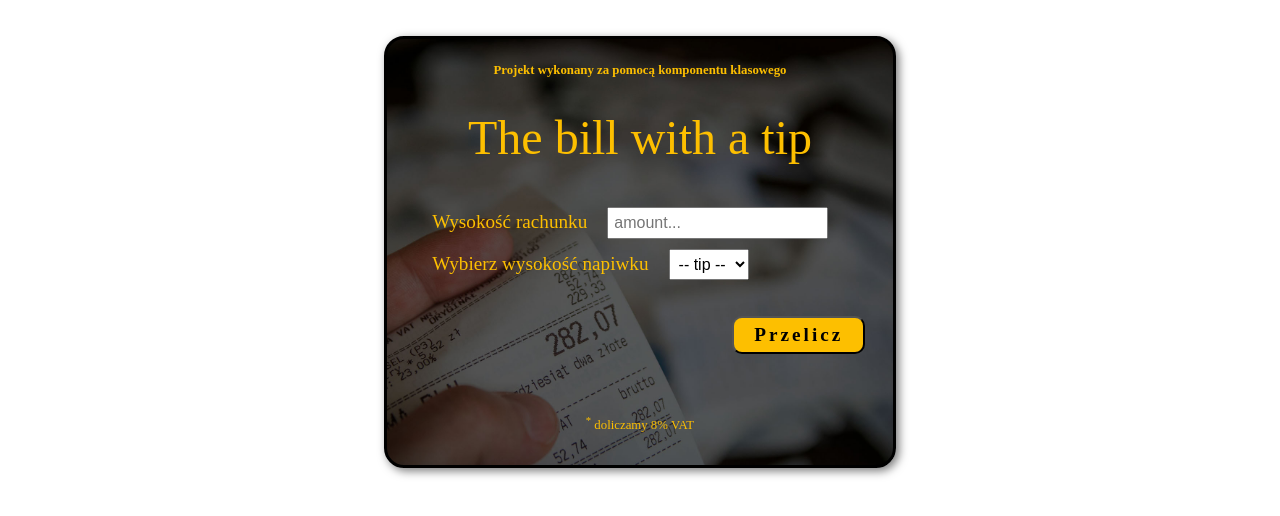
Repository: KrzysKolo/sr_tydzien4_zad1
Page: /
An editor plug-in stored every save of this project. The page is shown before and after the next save, followed by the edit.
The browser window is 1280 px wide. The pictures show the whole page.
Some web fonts or font styles are not loaded; a fallback is used. The project was rebuilt for these pictures with package versions that can differ from the ones it lists, and the page was loaded fresh each time. Also part of the build but not shown: src/components/ParagrapfCard.js.

Above is the page before, as saved 2020-11-06 15:03:33.

After the next save:
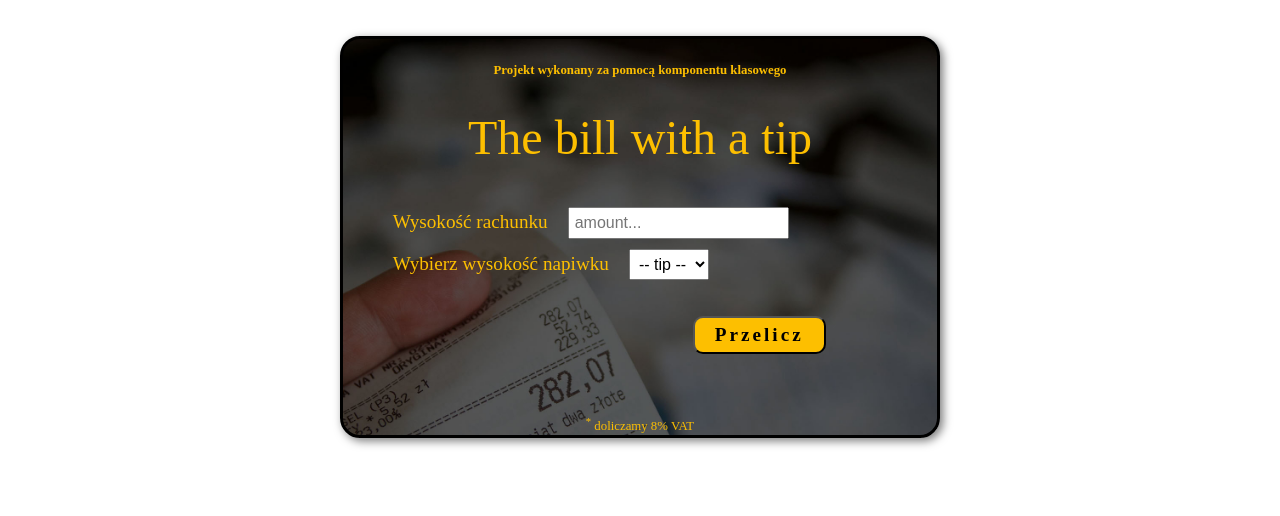
Saved 2 min 34 s later.
--- a/src/components/BillCard.css
+++ b/src/components/BillCard.css
@@ -1,6 +1,6 @@
 .billCard__wrapper {
-  width: 40vw;
-  height: 60vh;
+  max-width: 600px;
+  max-height: 800px;
   background: url("./../image/bill.jpg");
   background-size: cover;
   border: 3px solid black;
